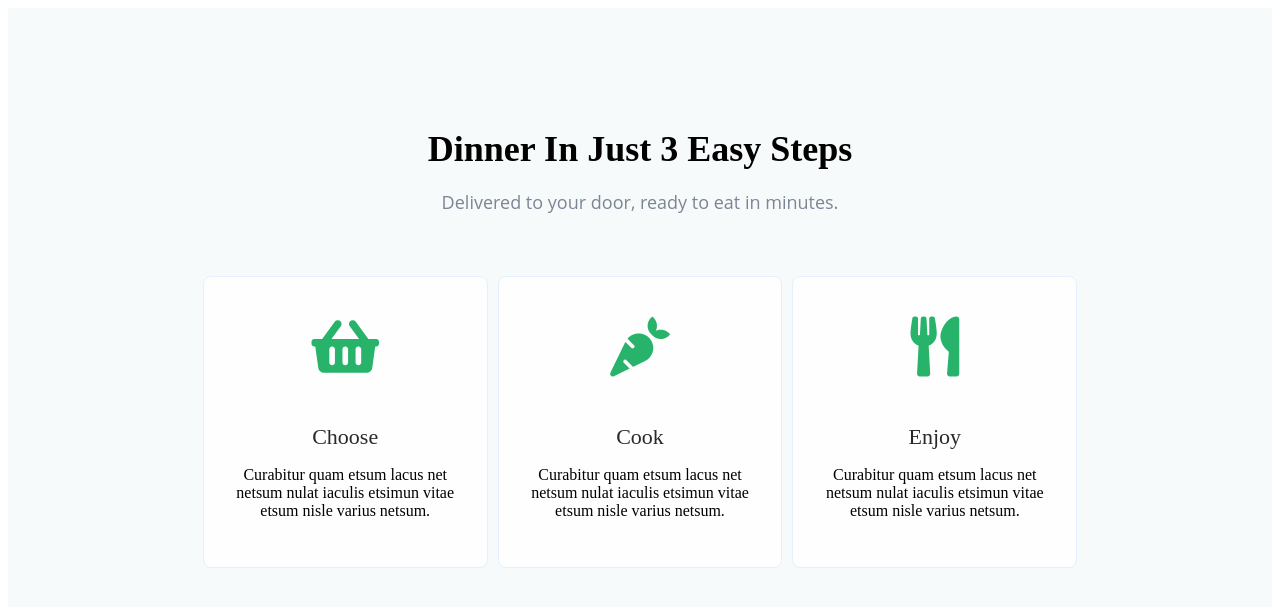
Repository: ST-United-Internship/leadpage
Page: card-UI.html
An editor plug-in stored every save of this project. The page is shown before and after the next save, followed by the edit.
The browser window is 1280 px wide. The pictures show the whole page.

Above is the page before, as saved 2023-03-15 15:14:48.

After the next save:
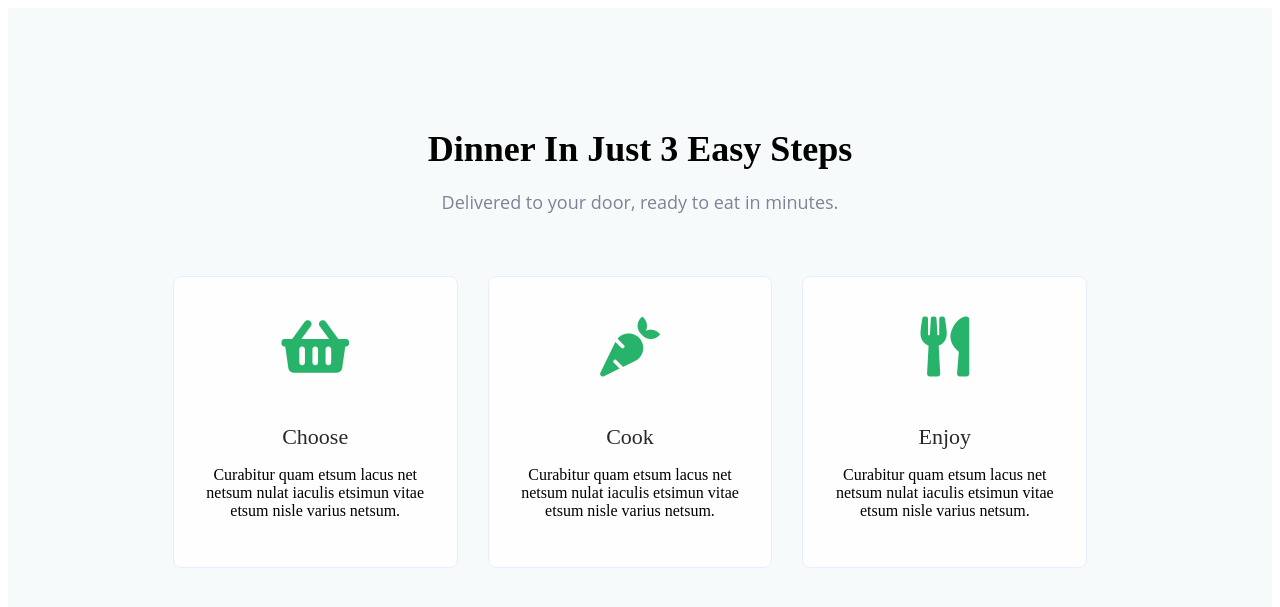
Saved 76 s later.
--- a/css/card-UI.css
+++ b/css/card-UI.css
@@ -39,7 +39,7 @@ section{
 
 .title-card{
     position: relative;
-    margin: 45px 5px 5px 5px;
+    margin: 45px 25px 5px 5px;
     padding: 40px 15px 32px 15px;
     overflow: hidden;
     text-align: center;
